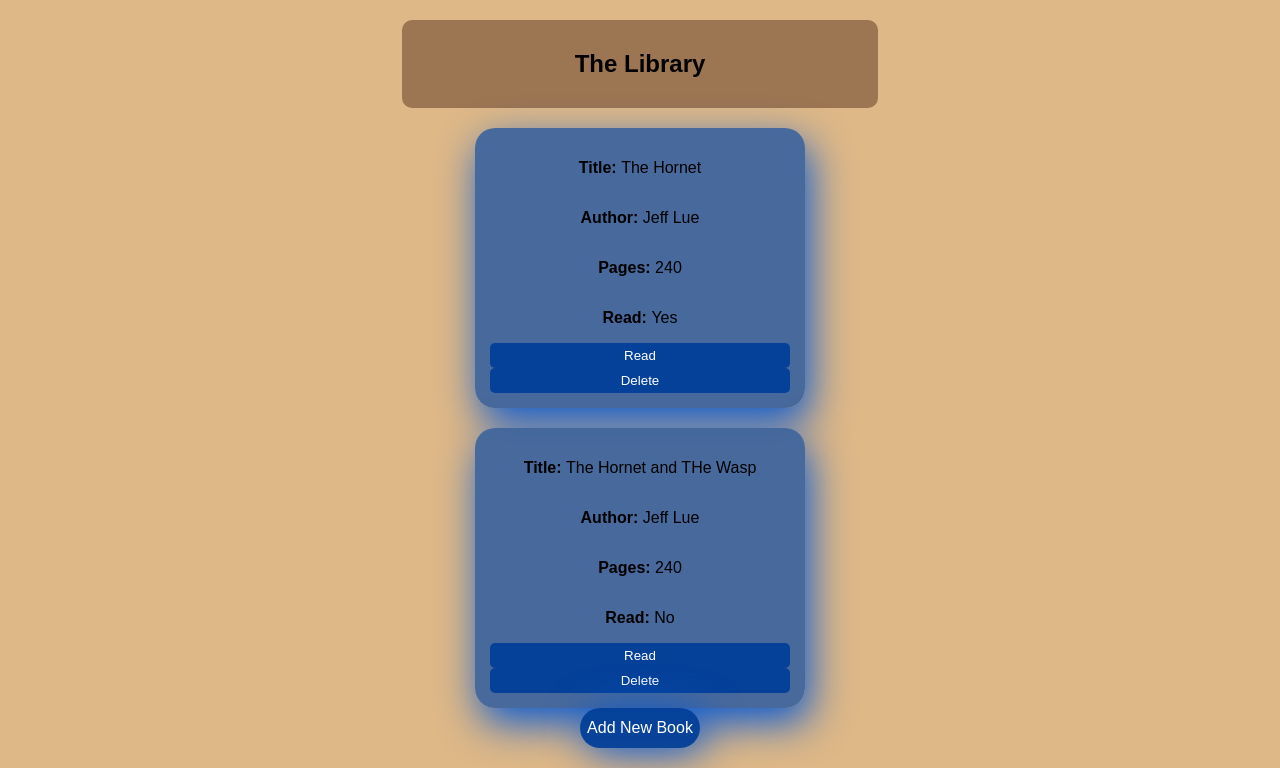
Repository: ErvinClay13/Library
Page: index.html
These files come from the project's save history. The page is drawn as it stood at one moment and after the next save; the edit follows.
The browser window is 1280 px wide. The pictures show the whole page.

Above is the page before, as saved 2025-01-11 04:54:14.

After the next save:
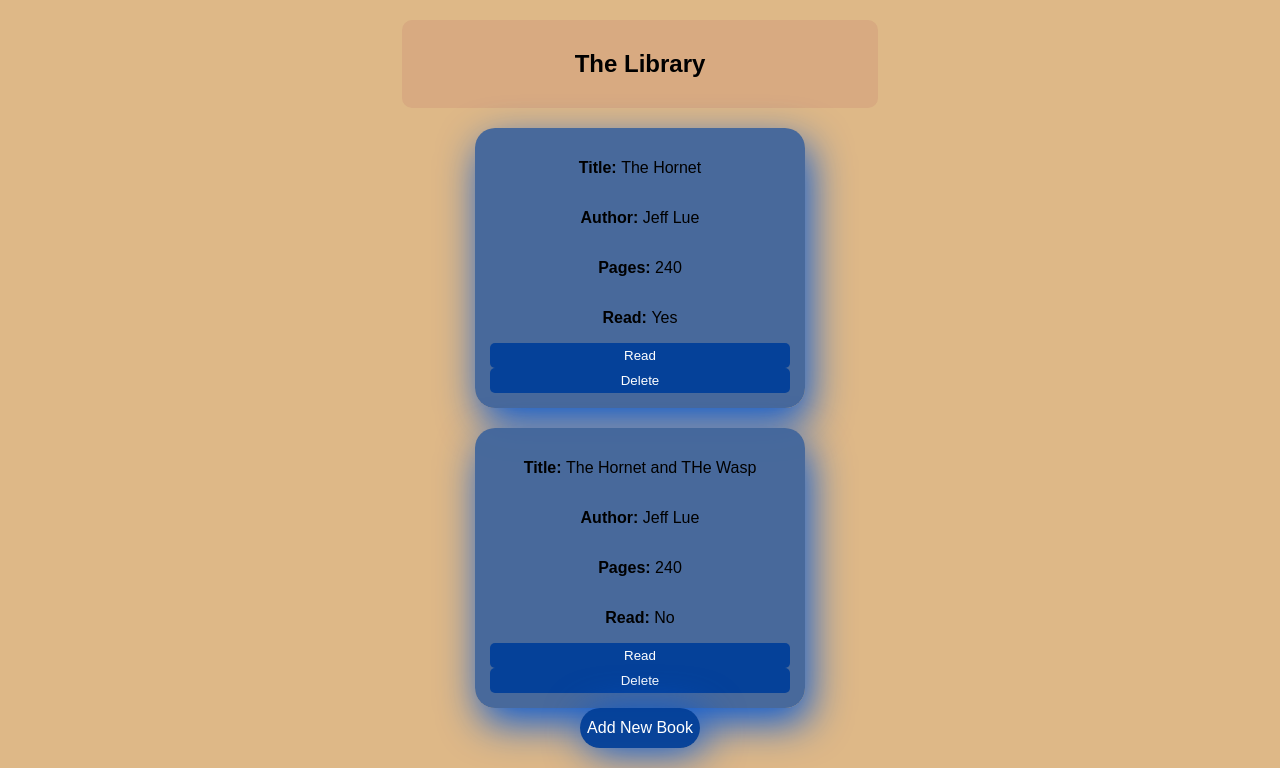
Saved 5 s later.
--- a/style.css
+++ b/style.css
@@ -20,7 +20,7 @@ body {
     display: flex;
     justify-content: space-between;
     justify-content: center;
-    background-color: rgb(156, 117, 82);
+    background-color: rgb(216, 170, 129);
     /* background-color: #42669df5; */
     /* box-shadow: 5px 5px 40px #0055d4f5; */
     width: 100%;
